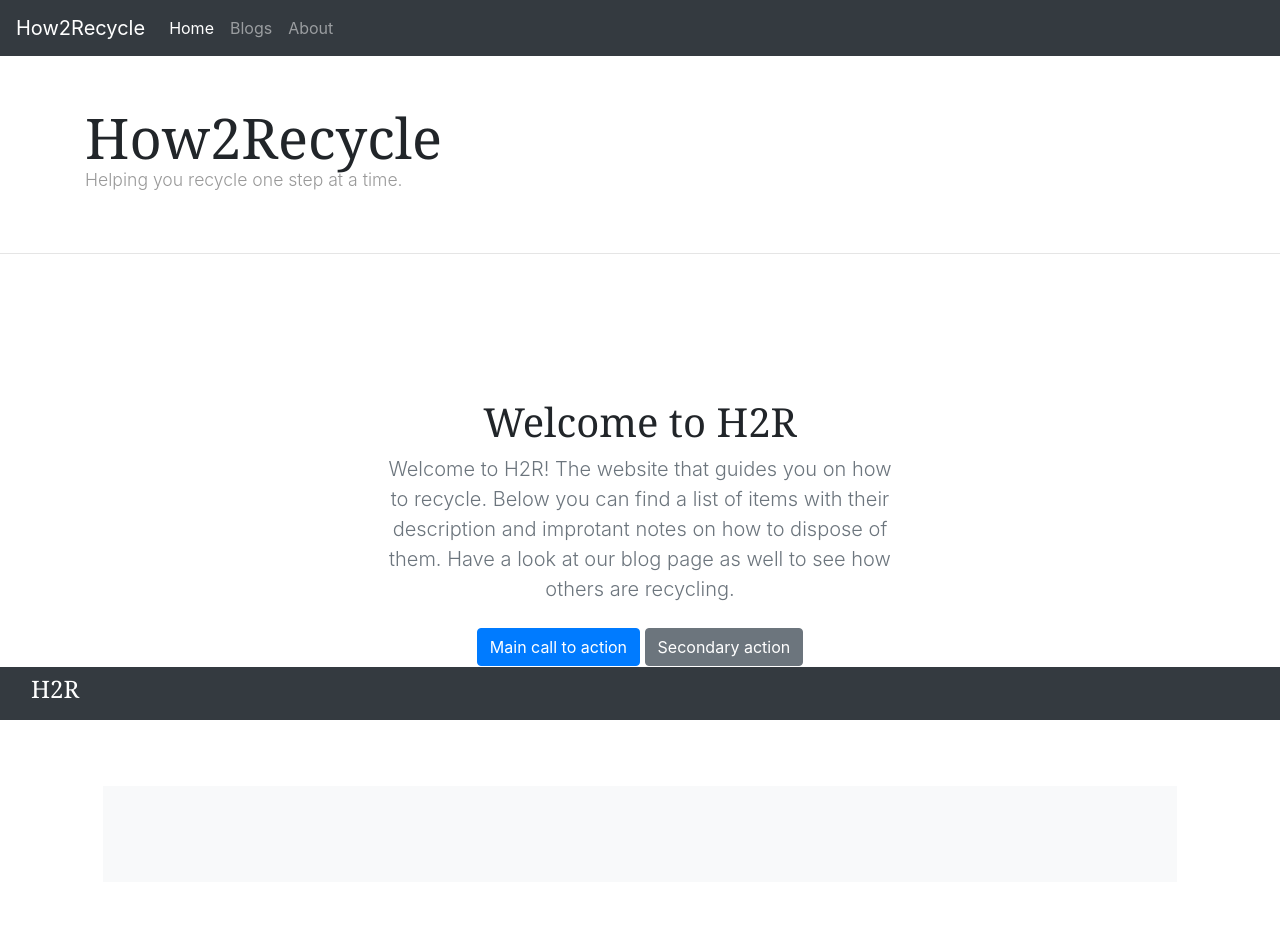
Repository: AshokSasi/CopyNPasta-Recycle-App
Page: http://localhost/
An editor plug-in stored every save of this project. The page is shown before and after the next save, followed by the edit.
The browser window is 1280 px wide. The pictures show the whole page.
The page is served by the project's Laravel application, run on PHP 8.4 with Laravel 8. Queries for data that is not in the repository find no rows.

Above is the page before, as saved 2021-09-25 15:52:35.

After the next save:
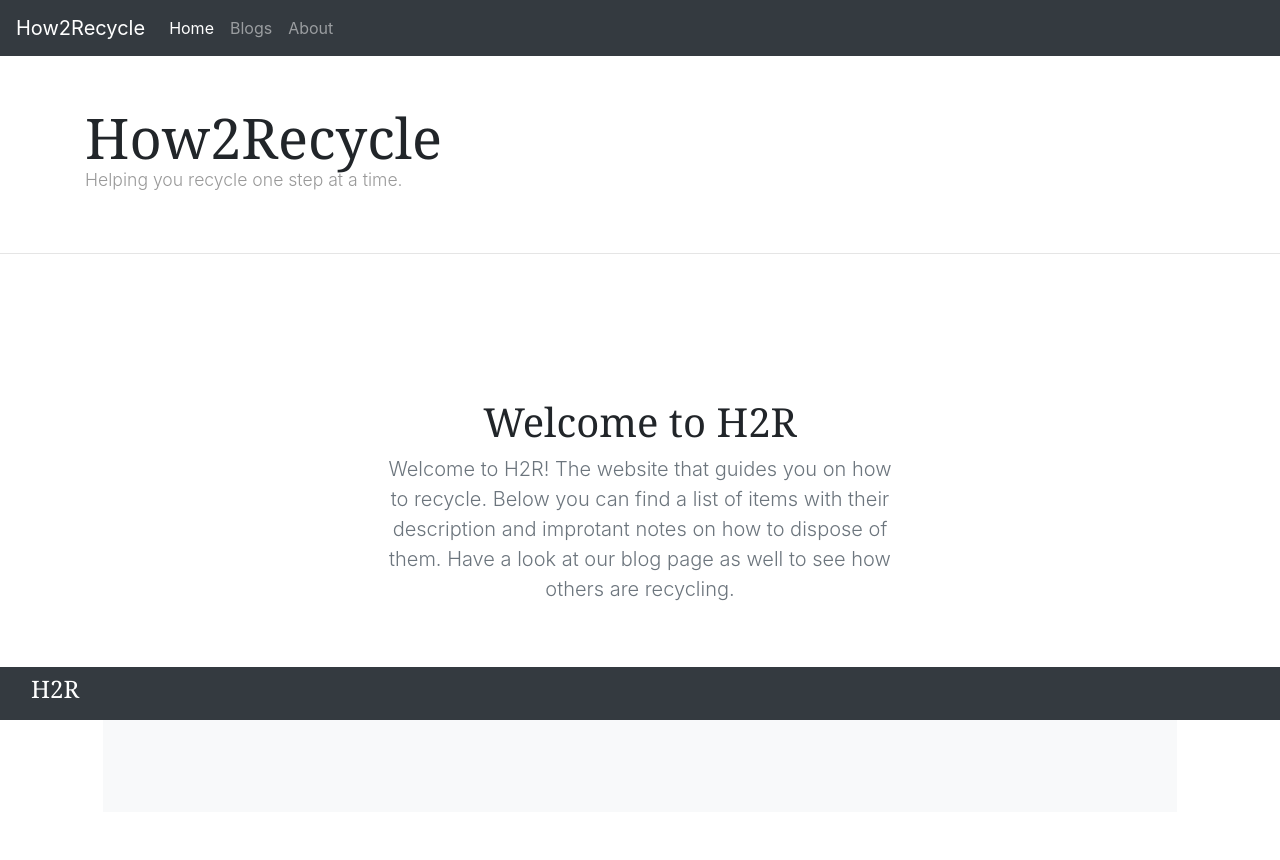
Saved 16 min 19 s later.
--- a/resources/views/home/index.blade.php
+++ b/resources/views/home/index.blade.php
@@ -27,8 +27,6 @@
         <p class="lead text-muted">Welcome to H2R! The website that guides you on how to recycle.
            Below you can find a list of items with their description and improtant notes on how to dispose of them. Have a look at our blog page as well to see how others are recycling.</p>
         <p>
-          <a href="#" class="btn btn-primary my-2">Main call to action</a>
-          <a href="#" class="btn btn-secondary my-2">Secondary action</a>
         </p>
       </div>
     </div>
